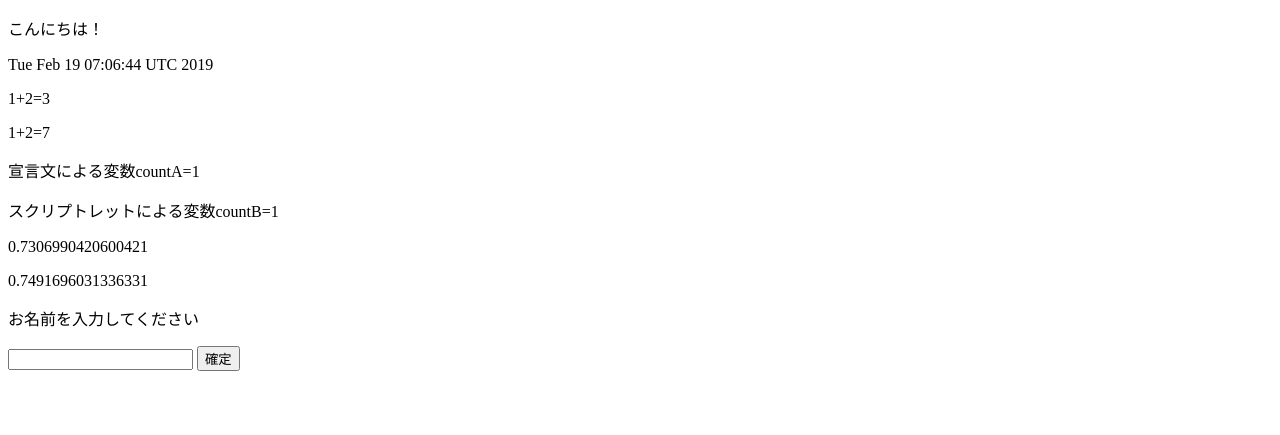
Repository: user-yo-yo/test
Page: http://localhost/HelloJSP/
These files come from the project's save history. The page is drawn as it stood at one moment and after the next save; the edit follows.
The browser window is 1280 px wide. The pictures show the whole page.
The page is served by Tomcat 9.

Above is the page before, as saved 2019-02-19 08:00:16.

### HelloJSP/WebContent/index.jsp
<%@ page language="java" contentType="text/html; charset=UTF-8"
    pageEncoding="UTF-8"%>
<!DOCTYPE html>
<html>
<head>
<meta charset="UTF-8">
<title>test</title>
</head>
<body>
<p>こんにちは！</p>
<% out.println(new java.util.Date()); %>

<%!
static int add(int a,int b){
	return a+b;
}
%>
<p>1+2=<%=add(1,2) %></p>
<p>1+2=<%=add(3,4) %></p>


<%! static int countA=0; %>
<%
int countB=0;
countA++;
countB++;
%>
<p>宣言文による変数countA=<%=countA %></p>
<p>スクリプトレットによる変数countB=<%=countB %></p>


<p><% out.print(Math.random()); %></p>
<p><%=Math.random() %></p>


<p>お名前を入力してください</p>
<form method="post" action="greeting-out.jsp">
	<input type="text" name="user">
	<input type="submit" value="確定">
</form>

</body>
</html>

After the next save:
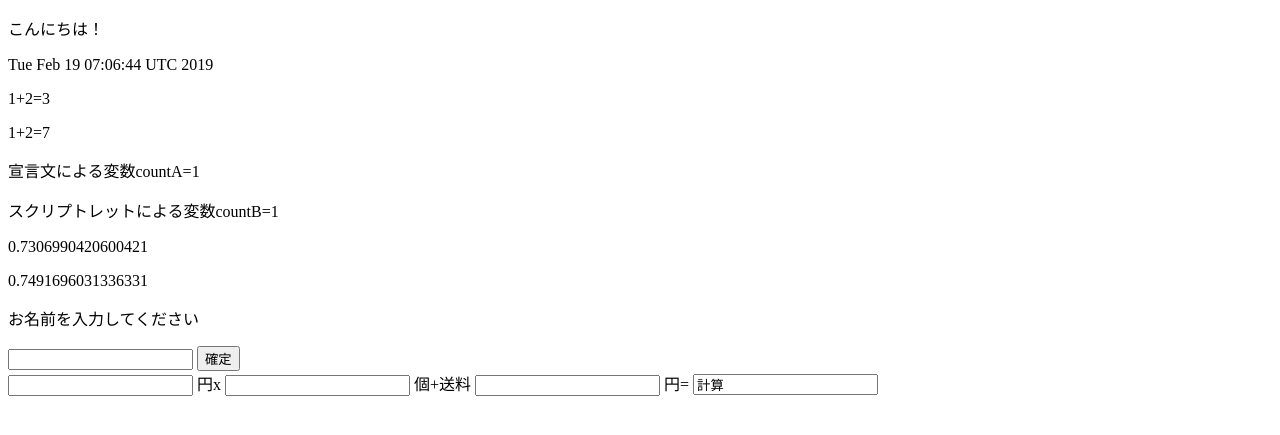
Saved 4 min 52 s later.
--- a/HelloJSP/WebContent/index.jsp
+++ b/HelloJSP/WebContent/index.jsp
@@ -39,5 +39,16 @@
 	<input type="submit" value="確定">
 </form>
 
+
+<form method="post" action="total-out.jsp">
+	<input type="text" name="price">
+	円x
+	<input type="text" name="count">
+	個+送料
+	<input type="text" name="dlivery">
+	円=
+	<input type="text" value="計算">
+</form>
+
 </body>
 </html>
